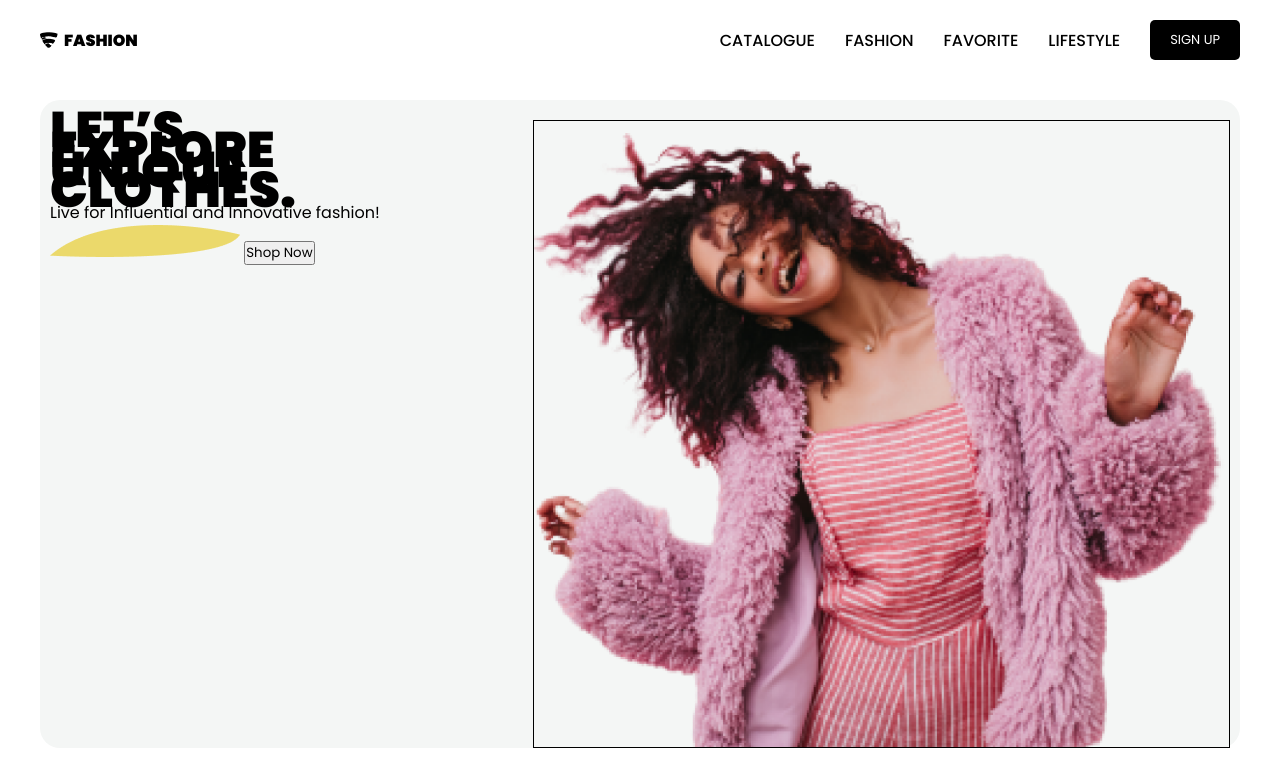
Repository: isaacCodes1/FashionSite2
Page: index.html
An editor plug-in stored every save of this project. The page is shown before and after the next save, followed by the edit.
The browser window is 1280 px wide. The pictures show the whole page.

Above is the page before, as saved 2024-03-11 12:25:12.

### index.html
<!DOCTYPE html>
<html lang="en">
  <head>
    <meta charset="UTF-8" />
    <meta name="viewport" content="width=device-width, initial-scale=1.0" />
    <link rel="stylesheet" href="/style.css" />
    <title>Document</title>
  </head>
  <body>
    <header>
      <nav>
        <div class="logo">
          <a href="#"> <img src="/Assets/Vector.png" alt="" /> FASHION</a>
        </div>
        <div class="navList">
          <ul>
            <li><a href="#">CATALOGUE</a></li>
            <li><a href="#">FASHION</a></li>
            <li><a href="#">FAVORITE</a></li>
            <li><a href="#">LIFESTYLE</a></li>
          </ul>
          <button>SIGN UP</button>
        </div>
      </nav>
    </header>
    <main>
      <section class="landingPageContainer">
        <div class="landingPage">
          <div class="textContainer">
            <h1>
              <span class="span1">LET’S</span> EXPLORE
              <span class="span2">UNIQUE</span> CLOTHES.
            </h1>
            <p>Live for Influential and Innovative fashion!</p>
            <div>
              <img src="/Assets/Vector 9.png" alt="" />
              <button>Shop Now</button>
            </div>
          </div>
          <div class="imgContainer">
            <img src="/Assets/girl.png" alt="" />
          </div>
        </div>
      </section>
    </main>
  </body>
</html>

### style.css
@import url("https://fonts.googleapis.com/css2?family=Poppins:ital,wght@0,100;0,200;0,300;0,400;0,500;0,600;0,700;0,800;0,900;1,100;1,200;1,300;1,400;1,500;1,600;1,700;1,800;1,900&display=swap");
* {
  margin: 0;
  padding: 0;
  box-sizing: border-box;
  font-family: "Poppins", sans-serif;
}
nav {
  display: flex;
  align-items: center;
  justify-content: space-between;
  width: 100%;
  padding: 20px 40px;
}
.logo a {
  display: flex;
  align-items: center;
  gap: 6px;
  text-decoration: none;
  color: black;
  font-size: 16px;
  font-weight: 900;
}
.logo a img {
  width: 16%;
}
.navList {
  display: flex;
  gap: 30px;
  align-items: center;
}
.navList ul {
  display: flex;
  gap: 30px;
  list-style: none;
}
.navList ul li a {
  text-decoration: none;
  color: black;
  font-size: 16px;
  font-weight: 500;
}
.navList ul li:hover {
  transform: scale(1.02);
  transition: 1s ease-in-out;
}
.navList button {
  border: 0;
  background: black;
  padding: 10px 20px;
  color: white;
  border-radius: 5px;
  font-size: 13px;
}
.navList button:hover {
  transform: scale(1.02);
  transition: 1s ease-in-out;
  color: black;
  background: rgb(137, 136, 136);
}

/* landingPageContainer */
.landingPageContainer {
  padding: 20px 40px;
}
.landingPage {
  display: flex;
  flex: 1;
  width: 100%;
  height: 90vh;
  padding: 20px 10px 0px 10px;
  border-radius: 20px;
  background: #f4f6f5;
}
.textContainer {
  display: flex;
  flex: 0.5;
  flex-direction: column;
}
.textContainer h1 {
  font-size: 50px;
  font-weight: 900;
  width: 50%;
  line-height: 20px;
}
.imgContainer {
  flex: 0.5;
  display: flex;
  border: 1px solid;
}

After the next save:
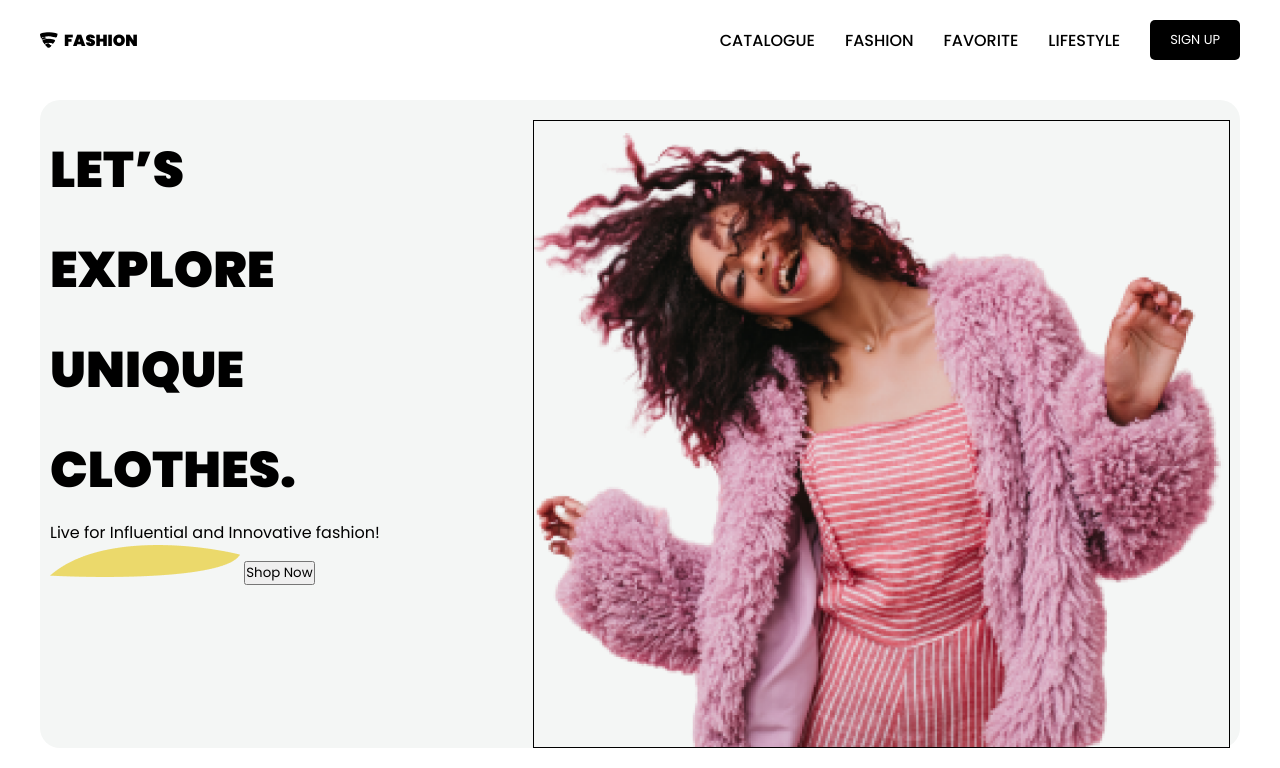
Saved 5 s later.
--- a/style.css
+++ b/style.css
@@ -81,7 +81,7 @@
   font-size: 50px;
   font-weight: 900;
   width: 50%;
-  line-height: 20px;
+  line-height: 100px;
 }
 .imgContainer {
   flex: 0.5;
